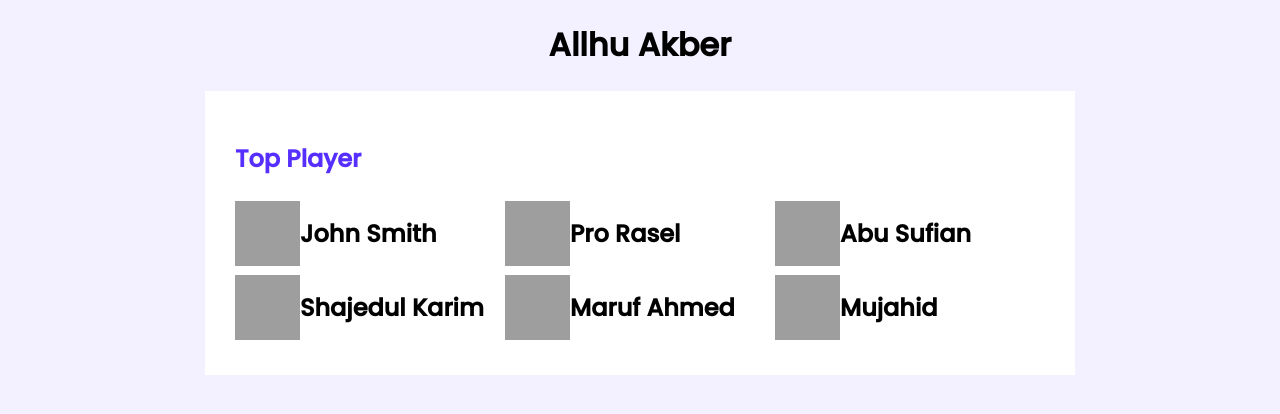
Repository: zjria/leader-board
Page: index.html
The author's editor kept a copy of each file at every save. The page is drawn from the files as they stood at one save, then again after the next save.
The browser window is 1280 px wide. The pictures show the whole page.
Pictures or frames that could not be fetched are drawn as grey boxes.

Above is the page before, as saved 2022-09-03 09:35:02.

### index.html
<!DOCTYPE html>
<html lang="en">

<head>
    <meta charset="UTF-8">
    <meta http-equiv="X-UA-Compatible" content="IE=edge">
    <meta name="viewport" content="width=device-width, initial-scale=1.0">
    <title>leader-board</title>
    <!-- Custom CSS -->
    <link rel="stylesheet" href="/style/style.css">
</head>

<body>
    <h1>Allhu Akber</h1>
    <!-- Header Section -->
    <header>

    </header>
    <!-- Main Section -->
    <main>
        <section class="container">
            <div class="top-players">
                <h2 class="section-title">Top Player</h2>
                <div class="players">
                    <div class="player">
                        <img src="images/players/player-1.png" alt="">
                        <h2>John Smith</h2>
                    </div>
                    <div class="player">
                        <img src="images/players/player-2.png" alt="">
                        <h2>Pro Rasel</h2>
                    </div>
                    <div class="player">
                        <img src="images/players/player-3.png" alt="">
                        <h2>Abu Sufian</h2>
                    </div>
                    <div class="player">
                        <img src="images/players/player-4.png" alt="">
                        <h2>Shajedul Karim</h2>
                    </div>
                    <div class="player">
                        <img src="images/players/player-5.png" alt="">
                        <h2>Maruf Ahmed</h2>
                    </div>
                    <div class="player">
                        <img src="images/players/player-6.png" alt="">
                        <h2>Mujahid</h2>
                    </div>
                </div>
            </div>
        </section>
    </main>
</body>

</html>

### style/style.css
/* Google Fonts */
@import url('https://fonts.googleapis.com/css2?family=Poppins:wght@500&family=Roboto:wght@100;300;400;500;700;900&display=swap');

h1 {
    display: flex;
    justify-content: center;
}

/* Commant CSS Utilitis */
body {
    border: 0px;
    margin: 0px;
    font-family: 'Poppins', sans-serif;
    /* font-family: 'Roboto', sans-serif; */
    background-color: #F3F1FF;
}

/* Top Players Section */
main {
    display: flex;
    justify-content: center;
}

.section-title {
    color: #562EFF;
    font-size: 24px;
}

.container {
    background-color: #FFFFFF;
    width: 870px;
}

.top-players {
    padding: 30px;
}

.players {
    display: grid;
    grid-template-columns: repeat(3, 1fr);
}

.player {
    display: flex;
    align-items: center;
}

.player img {
    width: 65px;
    height: 65px;
}

After the next save:
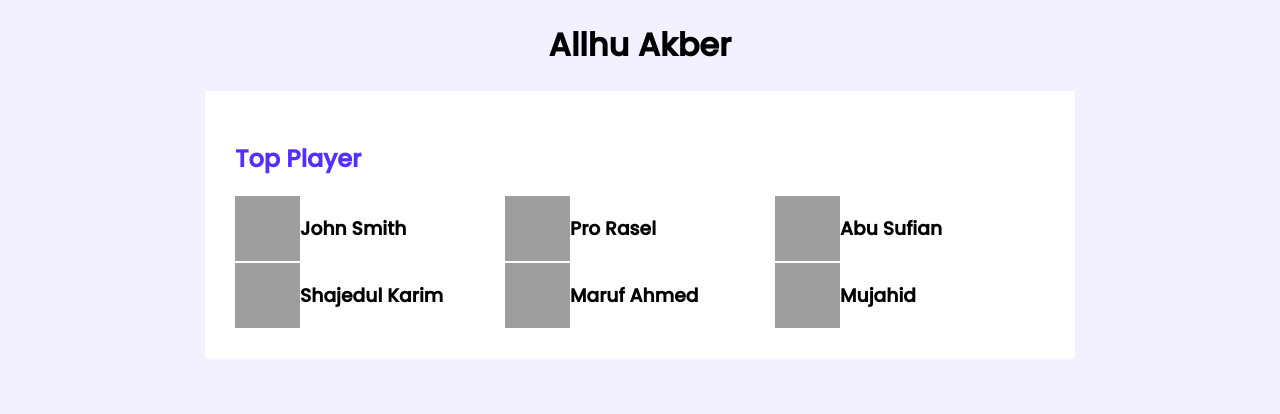
Saved 81 s later.
--- a/index.html
+++ b/index.html
@@ -24,27 +24,27 @@
                 <div class="players">
                     <div class="player">
                         <img src="images/players/player-1.png" alt="">
-                        <h2>John Smith</h2>
+                        <h3>John Smith</h3>
                     </div>
                     <div class="player">
                         <img src="images/players/player-2.png" alt="">
-                        <h2>Pro Rasel</h2>
+                        <h3>Pro Rasel</h3>
                     </div>
                     <div class="player">
                         <img src="images/players/player-3.png" alt="">
-                        <h2>Abu Sufian</h2>
+                        <h3>Abu Sufian</h3>
                     </div>
                     <div class="player">
                         <img src="images/players/player-4.png" alt="">
-                        <h2>Shajedul Karim</h2>
+                        <h3>Shajedul Karim</h3>
                     </div>
                     <div class="player">
                         <img src="images/players/player-5.png" alt="">
-                        <h2>Maruf Ahmed</h2>
+                        <h3>Maruf Ahmed</h3>
                     </div>
                     <div class="player">
                         <img src="images/players/player-6.png" alt="">
-                        <h2>Mujahid</h2>
+                        <h3>Mujahid</h3>
                     </div>
                 </div>
             </div>
